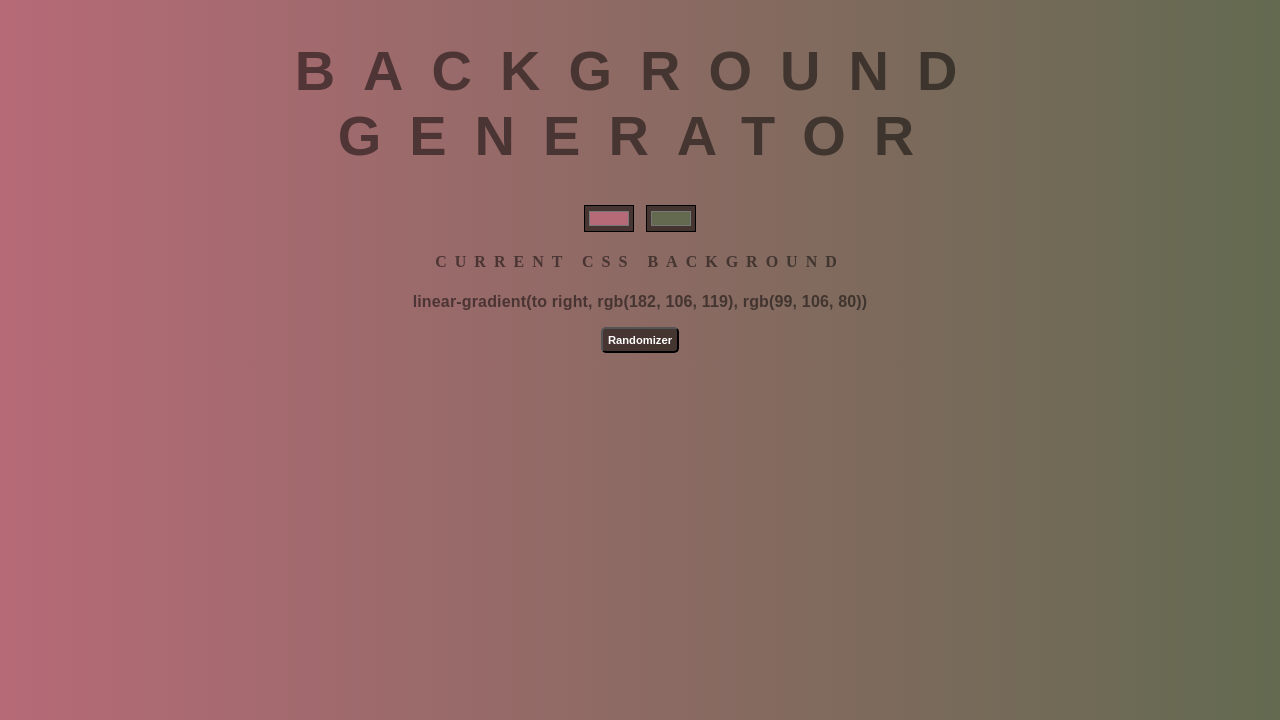
Repository: JUNX-10010/AeroAthletics-clothing
Page: React-Basics/section12-DOM_Manipulation/index.html
These files come from the project's save history. The page is drawn as it stood at one moment and after the next save; the edit follows.
The browser window is 1280 px wide. The pictures show the whole page.
After loading, the first visible `button.randomColor` was clicked once.

Above is the page before, as saved 2023-03-21 17:23:24.

After the next save:
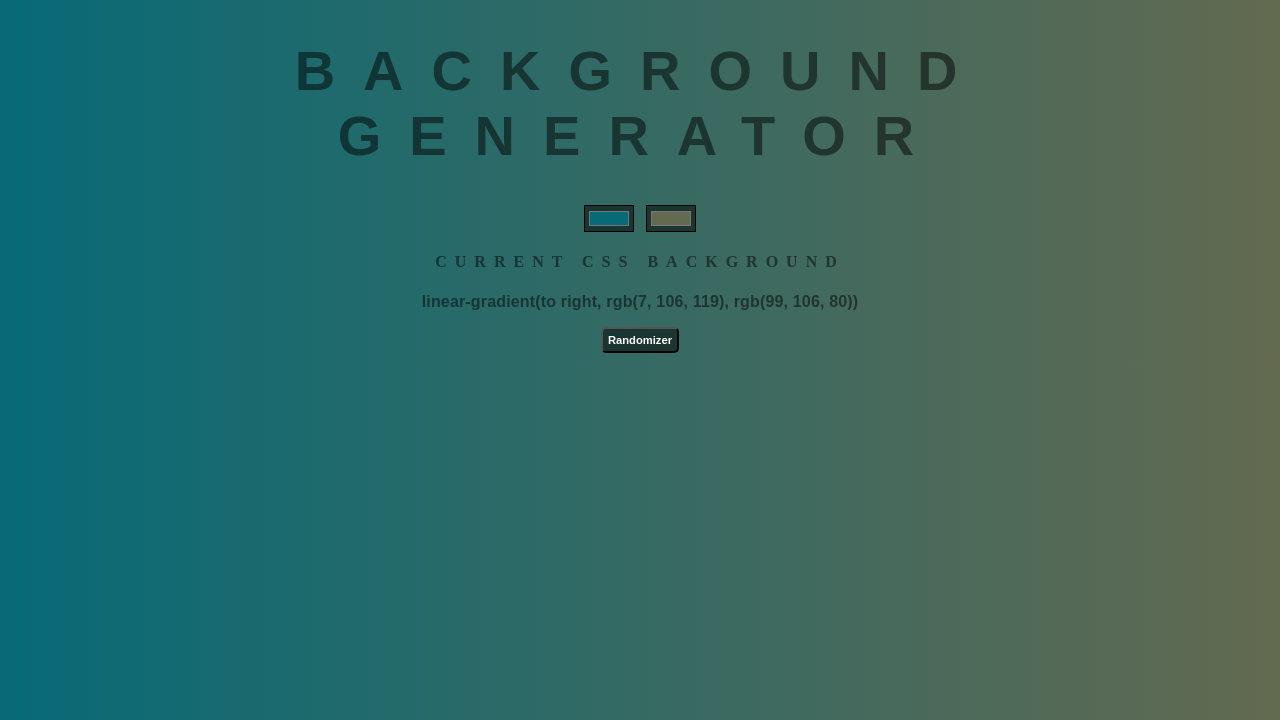
Saved 4 min 22 s later.
--- a/React-Basics/section12-DOM_Manipulation/script.js
+++ b/React-Basics/section12-DOM_Manipulation/script.js
@@ -16,7 +16,6 @@ function getRandomInt(max) {
     return Math.floor(Math.random() * max);
   }
 
-
   function colorToHex(color) {
     var hexadecimal = color.toString(16);
     return hexadecimal.length == 1 ? "0" + hexadecimal : hexadecimal;
@@ -27,7 +26,7 @@ function RGBtoHex(red, green, blue){
 
 // This function handles the action after random color button clicked
 function randAction() {
-    rand1 = [getRandomInt(255),getRandomInt(255),getRandomInt(255)];
+    rand1 = [getRandomInt(10),getRandomInt(255),getRandomInt(255)];
     rand2 = [getRandomInt(255),getRandomInt(255),getRandomInt(255)];
     body.style.background = `linear-gradient(to right, rgb(${rand1[0]},${rand1[1]},${rand1[2]}),
     rgb(${rand2.at(0)},${rand2.at(1)},${rand2.at(2)})`;
